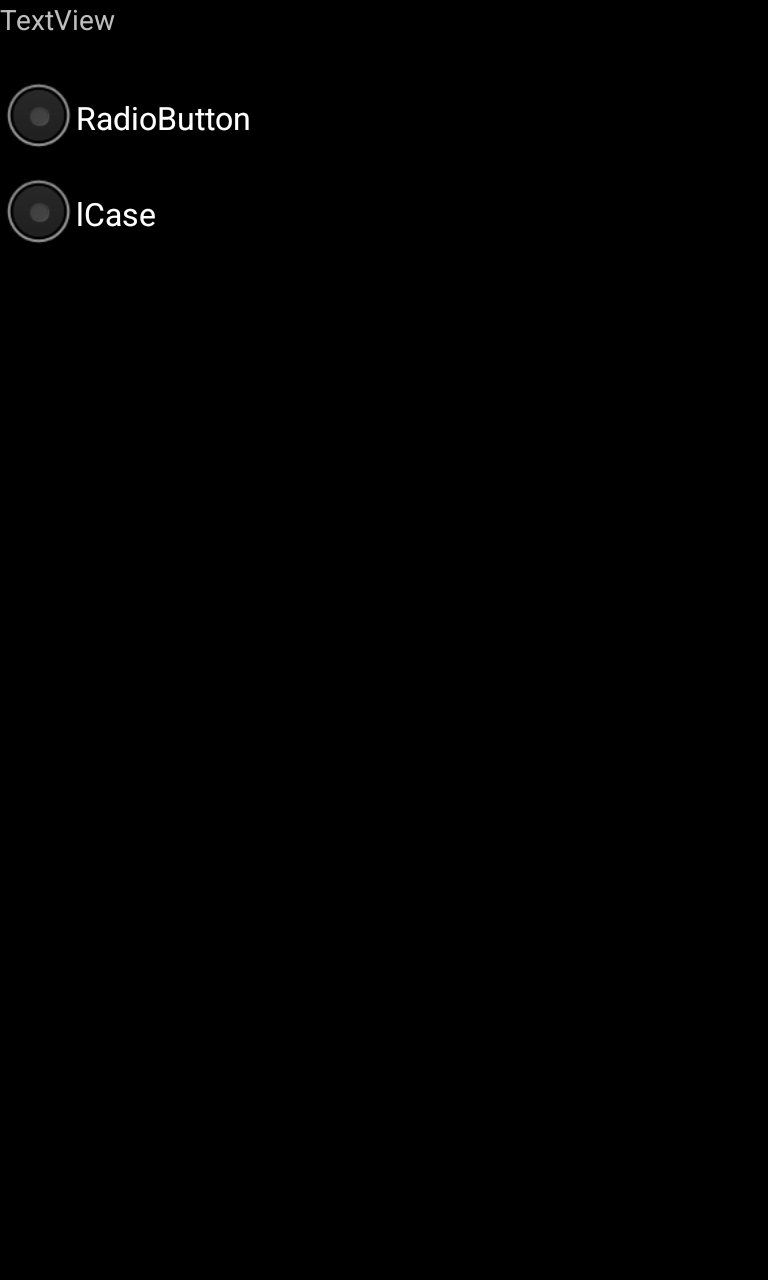
Repository: 12030121047/eventhandling
Layout: Event/res/layout/activity_event.xml
The author's editor kept a copy of each file at every save. The layout is drawn from the files as they stood at one save, then again after the next save.
It is drawn on a 768 x 1280 px phone screen (xhdpi) without system bars, with theme android:Theme; the app's code is not run.

Above is the layout before, as saved 2014-12-23 04:00:17.

### Event/res/layout/activity_event.xml
<LinearLayout xmlns:android="http://schemas.android.com/apk/res/android"
    xmlns:tools="http://schemas.android.com/tools"
    android:layout_width="match_parent"
    android:layout_height="match_parent"
    android:orientation="vertical"
    tools:context=".EventActivity" >

    <TextView
        android:id="@+id/editString"
        android:layout_width="226dp"
        android:layout_height="35dp"
        android:text="TextView" />



    <RadioButton
        android:id="@+id/uCase"
        android:layout_width="wrap_content"
        android:layout_height="wrap_content"
        android:text="RadioButton" />

    <RadioButton
        android:id="@+id/lCase"
        android:layout_width="wrap_content"
        android:layout_height="wrap_content"
        android:text="lCase" />



</LinearLayout>

After the next save:
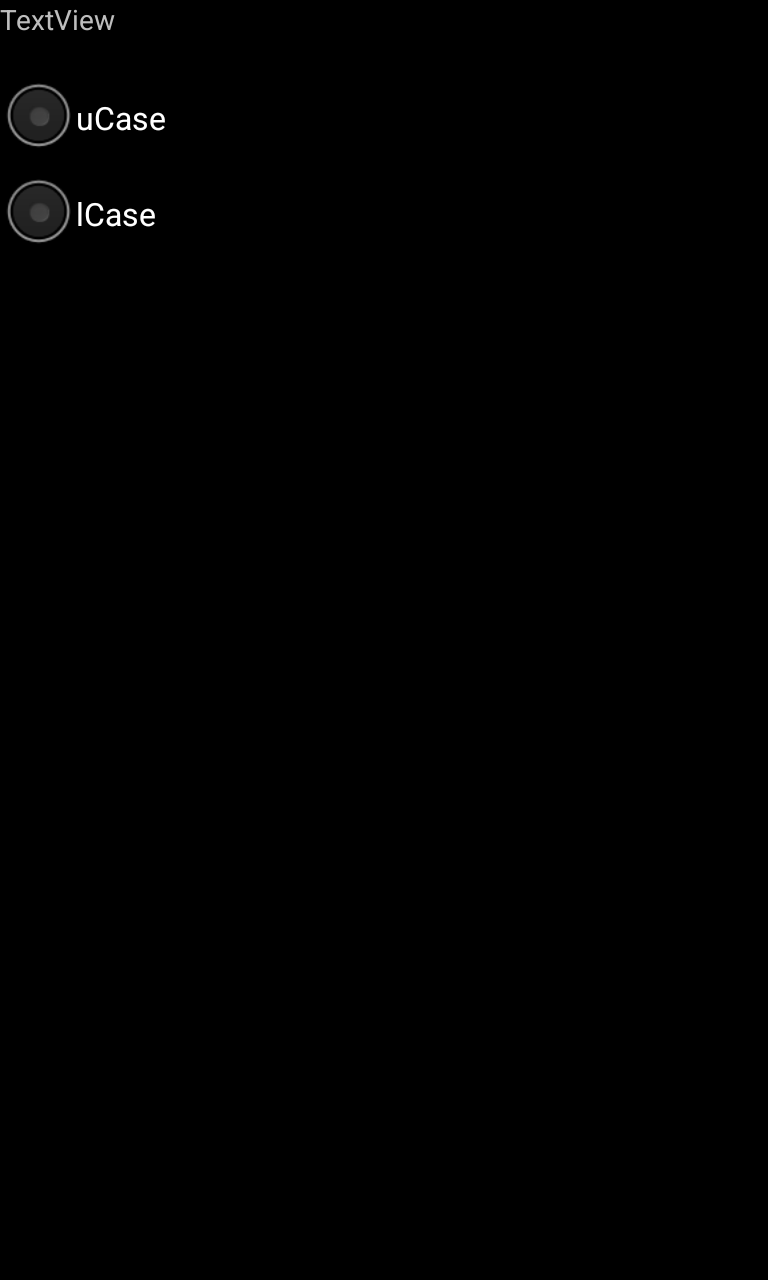
Saved 33 s later.
--- a/Event/res/layout/activity_event.xml
+++ b/Event/res/layout/activity_event.xml
@@ -17,7 +17,7 @@
         android:id="@+id/uCase"
         android:layout_width="wrap_content"
         android:layout_height="wrap_content"
-        android:text="RadioButton" />
+        android:text="uCase" />
 
     <RadioButton
         android:id="@+id/lCase"
